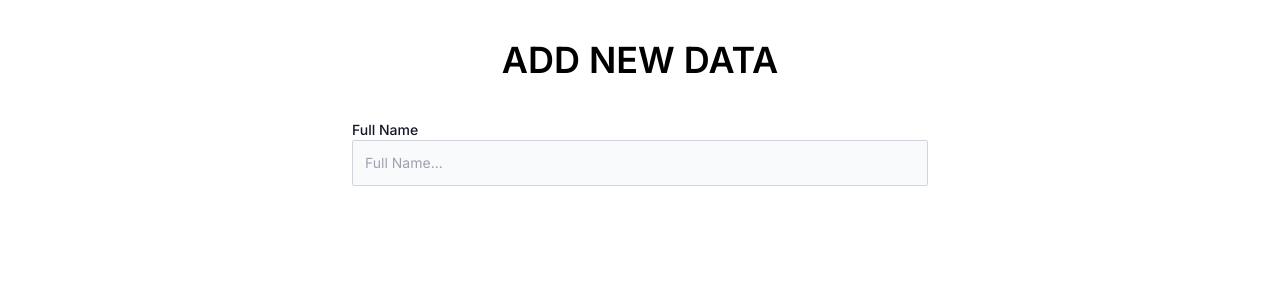
Repository: KilluaProject/crud-nextjs14
Page: /contacts/create
An editor plug-in stored every save of this project. The page is shown before and after the next save, followed by the edit.
The browser window is 1280 px wide. The pictures show the whole page.
The project was rebuilt for these pictures with package versions that can differ from the ones it lists, and the page was loaded fresh each time. The framework's server and built-in components were replaced by stand-ins that run in the browser. Also part of the build but not shown: next.config.mjs.

Above is the page before, as saved 2024-06-30 14:11:16.

After the next save:
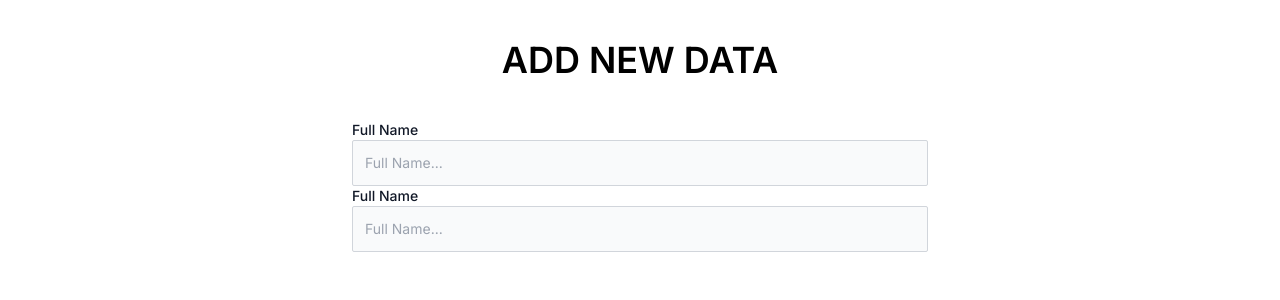
Saved 68 s later.
--- a/components/CreateForm.tsx
+++ b/components/CreateForm.tsx
@@ -8,6 +8,11 @@ const CreateForm = () => {
           <label htmlFor="name" className='block text-sm font-medium text-gray-900'>Full Name</label>
           <input type="text" name='name' id='name' placeholder='Full Name...' className='bg-gray-50 border border-gray-300 text-gray-900 text-sm rounded-sm focus:ring-blue-500 focus:border-blue-500 block w-full p-3' />
         </div>
+
+        <div>
+          <label htmlFor="name" className='block text-sm font-medium text-gray-900'>Full Name</label>
+          <input type="text" name='name' id='name' placeholder='Full Name...' className='bg-gray-50 border border-gray-300 text-gray-900 text-sm rounded-sm focus:ring-blue-500 focus:border-blue-500 block w-full p-3' />
+        </div>
       </form>
     </div>
   )
